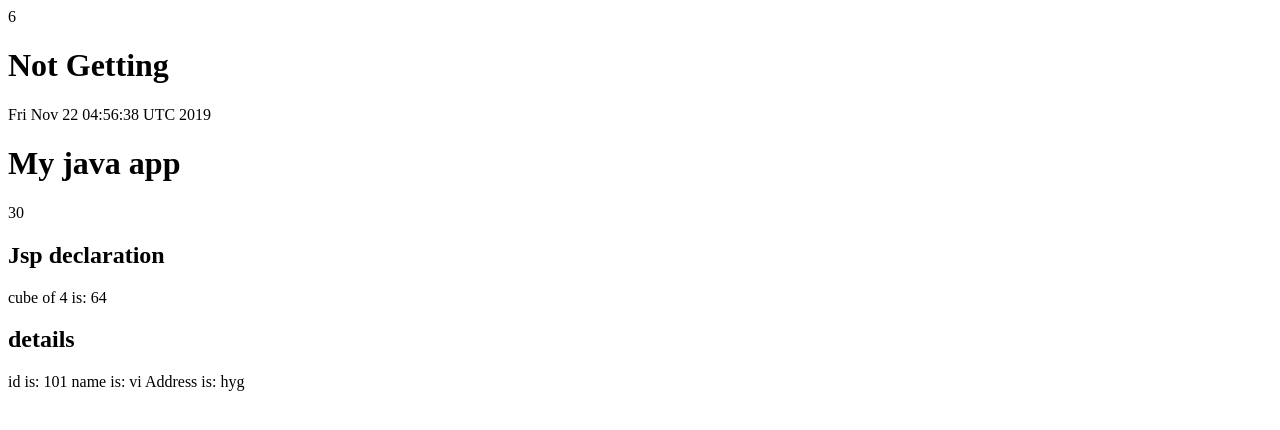
Repository: Vikas333/slk2
Page: http://localhost/Testproject/Test.jsp
The author's editor kept a copy of each file at every save. The page is drawn from the files as they stood at one save, then again after the next save.
The browser window is 1280 px wide. The pictures show the whole page.
The page is served by Tomcat 9. Other server files are loaded and not shown.

Above is the page before, as saved 2019-11-22 07:23:08.

### Testproject/WebContent/Test.jsp
<%@ page language="java" contentType="text/html; charset=ISO-8859-1"
    pageEncoding="ISO-8859-1"%>
<%@ page import="com.slk.beam.Customer" %>
<!DOCTYPE html PUBLIC "-//W3C//DTD HTML 4.01 Transitional//EN" "http://www.w3.org/TR/html4/loose.dtd">
<html>
<head>
<meta http-equiv="Content-Type" content="text/html; charset=ISO-8859-1">
<title>Insert title here</title>
</head>
<body>
 <%=2+4 %>
<h1>Not Getting</h1>
<%=new java.util.Date() %>

<h1>My java app</h1>
<%
int a=10,b=20,c;
c=a+b;
%>
<%=c %>

<h2> Jsp declaration</h2>
<%!

int cube(int n)
{
return n*n*n;
}
%>


<%= "cube of 4 is:  "+cube(4) %>




 <h2>details</h2>
<%
	Customer obj=new Customer();
	obj.setCustId(101);
	obj.setName("vi");
	obj.setAddress("hyg");

%>

<%= "id is: "+obj.getCustId() %>
<%= "name is: "+obj.getName() %>
<%= "Address is: "+obj.getAddress() %>
</body>
</html>

### Testproject/src/com/slk/beam/Customer.java
package com.slk.beam;

public class Customer {
   private int CustId;
   private String name;
   private String address;
public int getCustId() {
	return CustId;
}
public void setCustId(int custId) {
	CustId = custId;
}
public String getName() {
	return name;
}
public void setName(String name) {
	this.name = name;
}
public String getAddress() {
	return address;
}
public void setAddress(String address) {
	this.address = address;
}
}

After the next save:
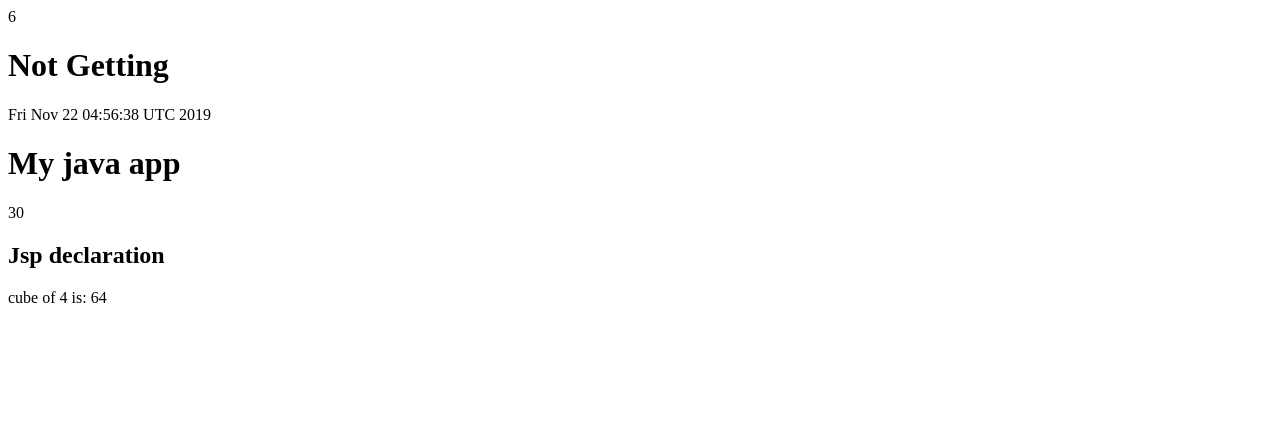
Saved 4 min 41 s later.
--- a/Testproject/WebContent/Test.jsp
+++ b/Testproject/WebContent/Test.jsp
@@ -1,6 +1,6 @@
 <%@ page language="java" contentType="text/html; charset=ISO-8859-1"
     pageEncoding="ISO-8859-1"%>
-<%@ page import="com.slk.beam.Customer" %>
+
 <!DOCTYPE html PUBLIC "-//W3C//DTD HTML 4.01 Transitional//EN" "http://www.w3.org/TR/html4/loose.dtd">
 <html>
 <head>
@@ -34,17 +34,6 @@ return n*n*n;
 
 
 
- <h2>details</h2>
-<%
-	Customer obj=new Customer();
-	obj.setCustId(101);
-	obj.setName("vi");
-	obj.setAddress("hyg");
 
-%>
-
-<%= "id is: "+obj.getCustId() %>
-<%= "name is: "+obj.getName() %>
-<%= "Address is: "+obj.getAddress() %>
 </body>
 </html>
